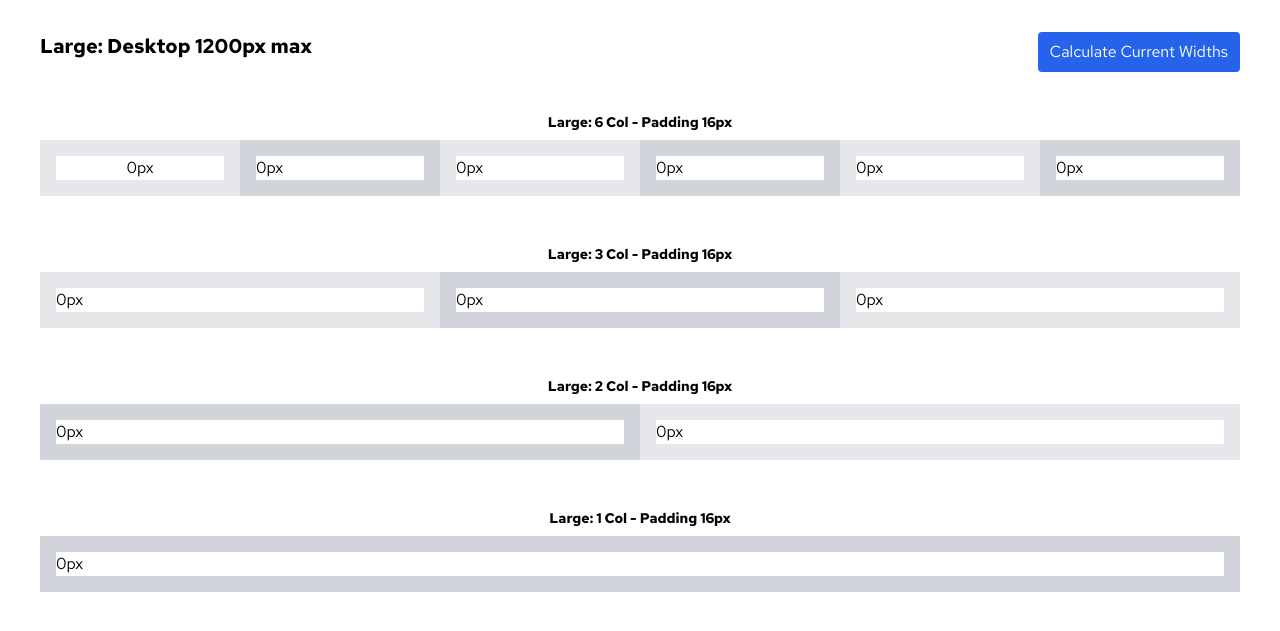
Repository: fabianwurk/vue-tailwind
Page: /
The author's editor kept a copy of each file at every save. The page is drawn from the files as they stood at one save, then again after the next save.
The browser window is 1280 px wide. The pictures show the whole page.
The project was rebuilt for these pictures with package versions that can differ from the ones it lists, and the page was loaded fresh each time. Also part of the build but not shown: vite.config.js.

Above is the page before, as saved 2021-03-16 22:39:55.

After the next save:
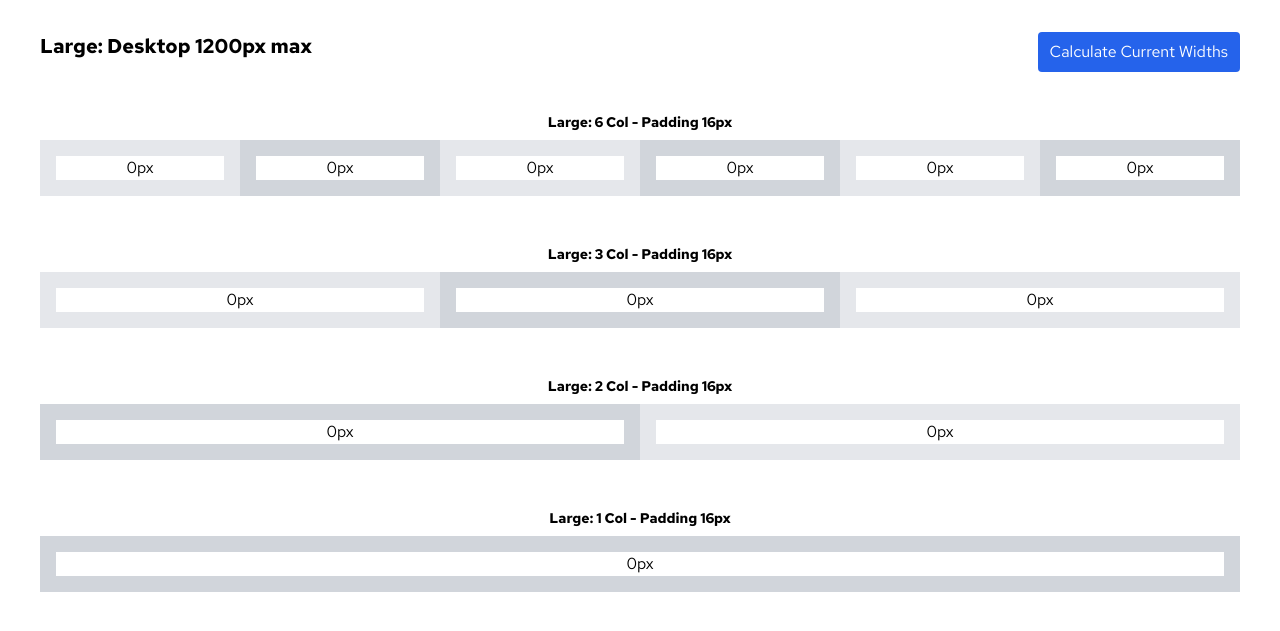
Saved 22 s later.
--- a/src/components/Large.vue
+++ b/src/components/Large.vue
@@ -14,19 +14,19 @@
         <div class="w-1/6 bg-gray-200 mb-4 mt-0 py-4 px-4 text-center">
           <span class="bg-white w-full block" ref="w6">{{width6}}px</span>
         </div>
-        <div class="w-1/6 bg-gray-300 mb-4 mt-0 py-4 px-4">
+        <div class="w-1/6 bg-gray-300 mb-4 mt-0 py-4 px-4 text-center">
           <span class="bg-white w-full block" ref="w6">{{width6}}px</span>
         </div>
-        <div class="w-1/6 bg-gray-200 mb-4 mt-0 py-4 px-4">
+        <div class="w-1/6 bg-gray-200 mb-4 mt-0 py-4 px-4 text-center">
           <span class="bg-white w-full block" ref="w6">{{width6}}px</span>
         </div>
-        <div class="w-1/6 bg-gray-300 mb-4 mt-0 py-4 px-4">
+        <div class="w-1/6 bg-gray-300 mb-4 mt-0 py-4 px-4 text-center">
           <span class="bg-white w-full block" ref="w6">{{width6}}px</span>
         </div>
-        <div class="w-1/6 bg-gray-200 mb-4 mt-0 py-4 px-4">
+        <div class="w-1/6 bg-gray-200 mb-4 mt-0 py-4 px-4 text-center">
           <span class="bg-white w-full block" ref="w6">{{width6}}px</span>
         </div>
-        <div class="w-1/6 bg-gray-300 mb-4 mt-0 py-4 px-4">
+        <div class="w-1/6 bg-gray-300 mb-4 mt-0 py-4 px-4 text-center">
           <span class="bg-white w-full block" ref="w6">{{width6}}px</span>
         </div>
       </div>
@@ -35,13 +35,13 @@
     <div class="container mx-auto">
       <h2 class="text-sm font-bold mb-2 mt-8 text-center">Large: 3 Col - Padding 16px</h2>
       <div class="flex items-center">
-        <div class="w-1/3 bg-gray-200 mb-4 mt-0 py-4 px-4">
+        <div class="w-1/3 bg-gray-200 mb-4 mt-0 py-4 px-4 text-center">
           <span class="bg-white w-full block" ref="w3">{{width3}}px</span>
         </div>
-        <div class="w-1/3 bg-gray-300 mb-4 mt-0 py-4 px-4">
+        <div class="w-1/3 bg-gray-300 mb-4 mt-0 py-4 px-4 text-center">
           <span class="bg-white w-full block" ref="w3">{{width3}}px</span>
         </div>
-        <div class="w-1/3 bg-gray-200 mb-4 mt-0 py-4 px-4">
+        <div class="w-1/3 bg-gray-200 mb-4 mt-0 py-4 px-4 text-center">
           <span class="bg-white w-full block" ref="w3">{{width3}}px</span>
         </div>
       </div>
@@ -50,10 +50,10 @@
     <div class="container mx-auto">
       <h2 class="text-sm font-bold mb-2 mt-8 text-center">Large: 2 Col - Padding 16px</h2>
       <div class="flex items-center">
-        <div class="w-1/2 bg-gray-300 mb-4 mt-0 py-4 px-4">
+        <div class="w-1/2 bg-gray-300 mb-4 mt-0 py-4 px-4 text-center">
           <span class="bg-white w-full block" ref="w2">{{width2}}px</span>
         </div>
-        <div class="w-1/2 bg-gray-200 mb-4 mt-0 py-4 px-4">
+        <div class="w-1/2 bg-gray-200 mb-4 mt-0 py-4 px-4 text-center">
           <span class="bg-white w-full block" ref="w2">{{width2}}px</span>
         </div>
       </div>
@@ -62,7 +62,7 @@
     <div class="container mx-auto">
       <h2 class="text-sm font-bold mb-2 mt-8 text-center">Large: 1 Col - Padding 16px</h2>
       <div class="flex items-center">
-        <div class="w-full bg-gray-300 mb-4 mt-0 py-4 px-4">
+        <div class="w-full bg-gray-300 mb-4 mt-0 py-4 px-4 text-center">
           <span class="bg-white w-full block" ref="w1">{{width1}}px</span>
         </div>
       </div>
